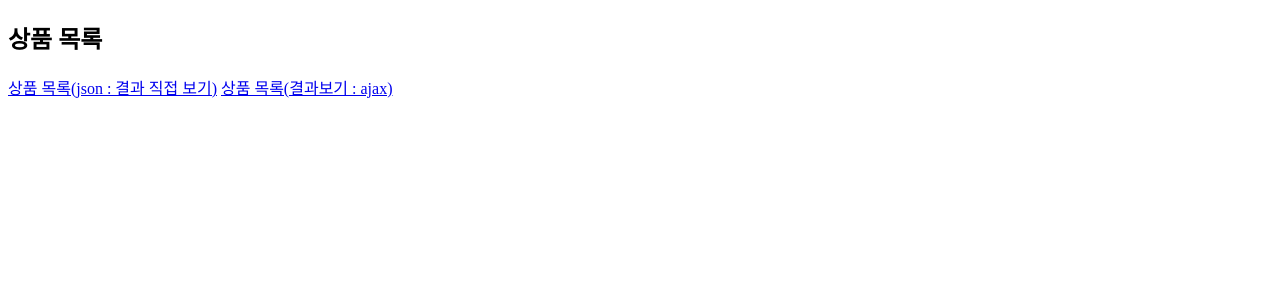
Repository: offbr/Spring
Page: http://localhost/spring_mvc19_json_db/
An editor plug-in stored every save of this project. The page is shown before and after the next save, followed by the edit.
The browser window is 1280 px wide. The pictures show the whole page.
The page is served by Tomcat 9.

Above is the page before, as saved 2016-10-14 01:56:22.

After the next save:
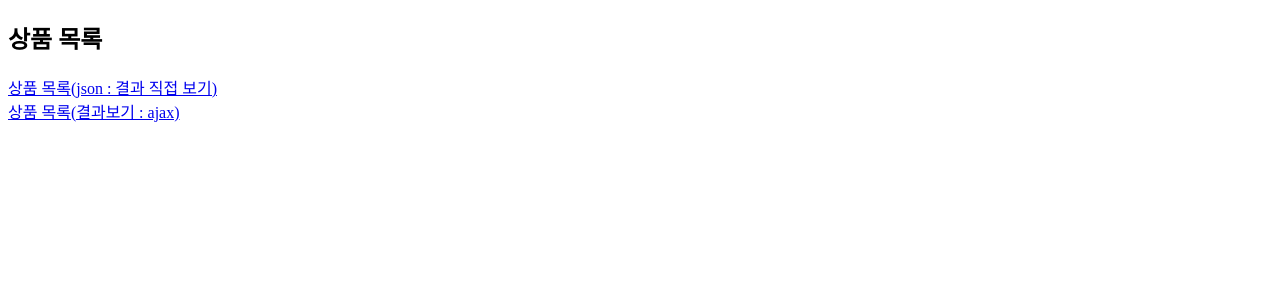
Saved 52 s later.
--- a/spring_mvc19_json_db/src/main/webapp/index.jsp
+++ b/spring_mvc19_json_db/src/main/webapp/index.jsp
@@ -12,7 +12,7 @@
 	</head>
 	<body>
 		<h2>상품 목록</h2>
-		<a href="sangpum">상품 목록(json : 결과 직접 보기)</a>
-		<a href="sangpumList.jsp">상품 목록(결과보기 : ajax)</a>
+		<a href="sangpum">상품 목록(json : 결과 직접 보기)</a><br>
+		<a href="sangpumList.jsp">상품 목록(결과보기 : ajax)</a><br>
 	</body>
 </html>
